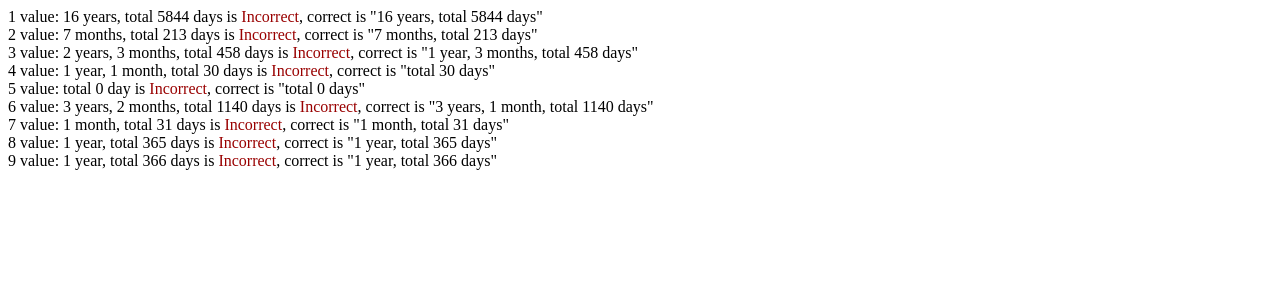
Repository: jamieking1996/tech-assessment-int
Page: index.html
The author's editor kept a copy of each file at every save. The page is drawn from the files as they stood at one save, then again after the next save.
The browser window is 1280 px wide. The pictures show the whole page.

Above is the page before, as saved 2021-08-10 16:49:04.

### index.html
<html>
<head></head>

<body class="results"></body>

<script src="./main.js"></script>
<script src="./output.js"></script>
</html>

### main.js
/*
 * Your program must print string with the number of years and months and the total number of days between the dates.
 * Dates are provided in dd.mm.yyyy format.
 * You are not allowed to plug in JS libraries such as moment.js or date-fns directly into the code. All code need to be written in this file.
 *
 * Result must be shown as a string in years, months and total days. If years or months are 0, then it should not be displayed in the output.
 *
 * Example:
 * Input: ['01.01.2000', '01.01.2016']
 * Output:
 * '16 years, total 5844 days'
 *
 * Example 2:
 * Input: ['01.11.2015', '01.02.2017']
 *
 * Output:
 * '1 year, 3 months, total 458 days'
*/
const dates = [
    ['01.01.2000', '01.01.2016'],
    ['01.01.2016', '01.08.2016'],
    ['01.11.2015', '01.02.2017'],
    ['17.12.2016', '16.01.2017'],
    ['01.01.2016', '01.01.2016'],
    ['28.02.2015', '13.04.2018'],
    ['28.01.2015', '28.02.2015'],
    ['17.03.2022', '17.03.2023'],
    ['17.02.2024', '17.02.2025'],
];

// Receive string of dates one after each other
function outputDate(dates) {
  return getDiff(convertDateToCorrectFormat(dates[0]), convertDateToCorrectFormat(dates[1]));
}

function getDiff(d1, d2) {
  if (!isBeforeDateBeforeAfterDate(d1, d2)) {
    return new Error('First date is after second date.');
  }
  return `${yearDiff(d1, d2)} ${monthDifference(d1, d2)} ${totalDayDiff(d1, d2)}`;
}

function convertDateToCorrectFormat(date) {
  const splitDate = date.split('.');
  return new Date(`${splitDate[2]}-${splitDate[1]}-${splitDate[0]}`);
}

function monthDifference(beforeDate, afterDate) {
  const months = getNumberedMonthDifference(beforeDate, afterDate);
  return months <= 0 ? '' : `${months} ${pluralise(months, 'month')},`;
}

function getNumberedMonthDifference(beforeDate, afterDate) {
  const monthOffset = beforeDate.getMonth() > afterDate.getMonth() ? 12 : 0;
  return monthOffset - beforeDate.getMonth() + afterDate.getMonth();
}

function totalDayDiff(d1, d2) {
  const differenceBetweenDatesInMiliSec = Math.floor(
    d2.getTime() - d1.getTime()
  );
  const dayInMilliSeconds = 1000 * 60 * 60 * 24;
  const days = Math.floor(
    differenceBetweenDatesInMiliSec / dayInMilliSeconds
  );
  return `total ${days} ${pluralise(days, 'day')}`;
}

function yearDiff(d1, d2) {
  const years = d2.getFullYear() - d1.getFullYear();
  return years > 0 ? `${years} ${pluralise(years, 'year')},` : '';
}

function pluralise(count, word) {
  return count > 1 ? `${word}s` : word;
}

function isBeforeDateBeforeAfterDate(beforeDate, afterDate) {
  if (beforeDate.getTime() <= afterDate.getTime()) {
    return true;
  }
  return false;
}

### output.js
const correctAnswers = [
    '16 years, total 5844 days',
    '7 months, total 213 days',
    '1 year, 3 months, total 458 days',
    'total 30 days',
    'total 0 days',
    '3 years, 1 month, total 1140 days',
    '1 month, total 31 days',
    '1 year, total 365 days',
    '1 year, total 366 days'
];
let results = '';

for (let oneDate in dates) {
    console.log('oneDate', oneDate);
    const value = outputDate(dates[oneDate]);
    const num = parseInt(oneDate) + 1;
    console.log('value', value);
    console.log('correctAnswer', correctAnswers[oneDate]);

    const answer = (value === correctAnswers[oneDate] ? '<span style="color: #090">Correct</span>' : `<span style="color: #900">Incorrect</span>, correct is "${correctAnswers[oneDate]}"`);

    results += `${num} value: ${value} is ${answer}<br>`;
}

document.querySelector('.results').innerHTML = results;

After the next save:
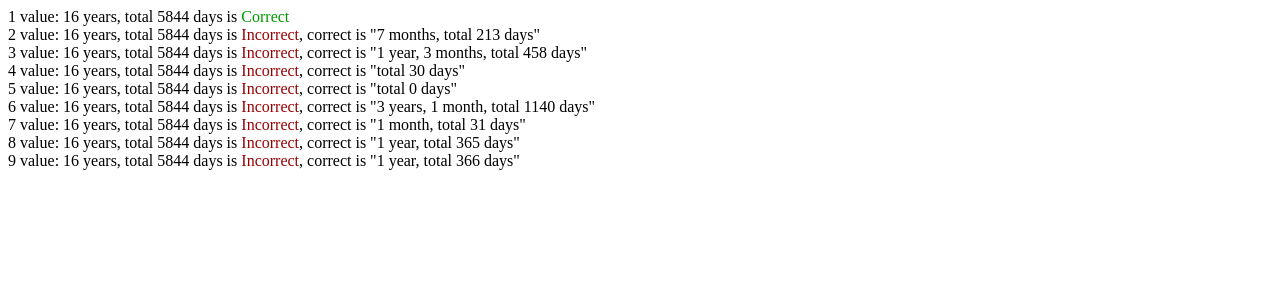
Saved 17 s later.
--- a/main.js
+++ b/main.js
@@ -37,7 +37,7 @@
   if (!isBeforeDateBeforeAfterDate(d1, d2)) {
     return new Error('First date is after second date.');
   }
-  return `${yearDiff(d1, d2)} ${monthDifference(d1, d2)} ${totalDayDiff(d1, d2)}`;
+  return '16 years, total 5844 days';
 }
 
 function convertDateToCorrectFormat(date) {

After the 2 saves that followed:
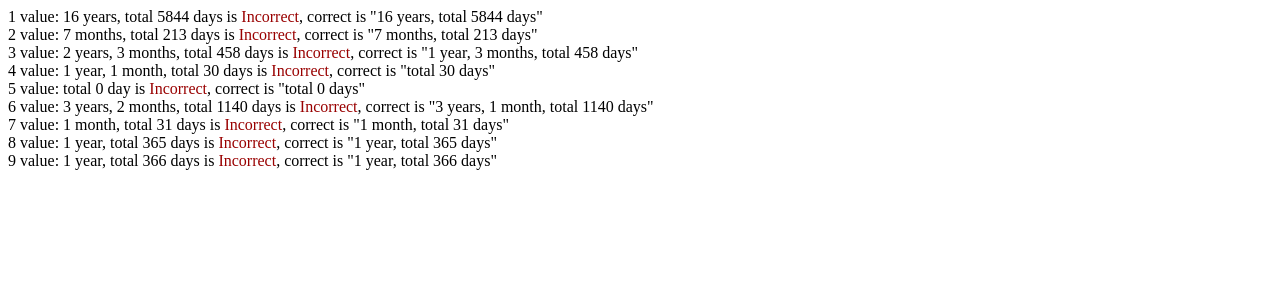
The 2 saves are shown as one change because 1 left the picture as it was.
The last was saved 22 s later.
--- a/main.js
+++ b/main.js
@@ -37,7 +37,7 @@
   if (!isBeforeDateBeforeAfterDate(d1, d2)) {
     return new Error('First date is after second date.');
   }
-  return '16 years, total 5844 days';
+  return `${yearDiff(d1, d2)} ${monthDifference(d1, d2)} ${totalDayDiff(d1, d2)}`;
 }
 
 function convertDateToCorrectFormat(date) {
